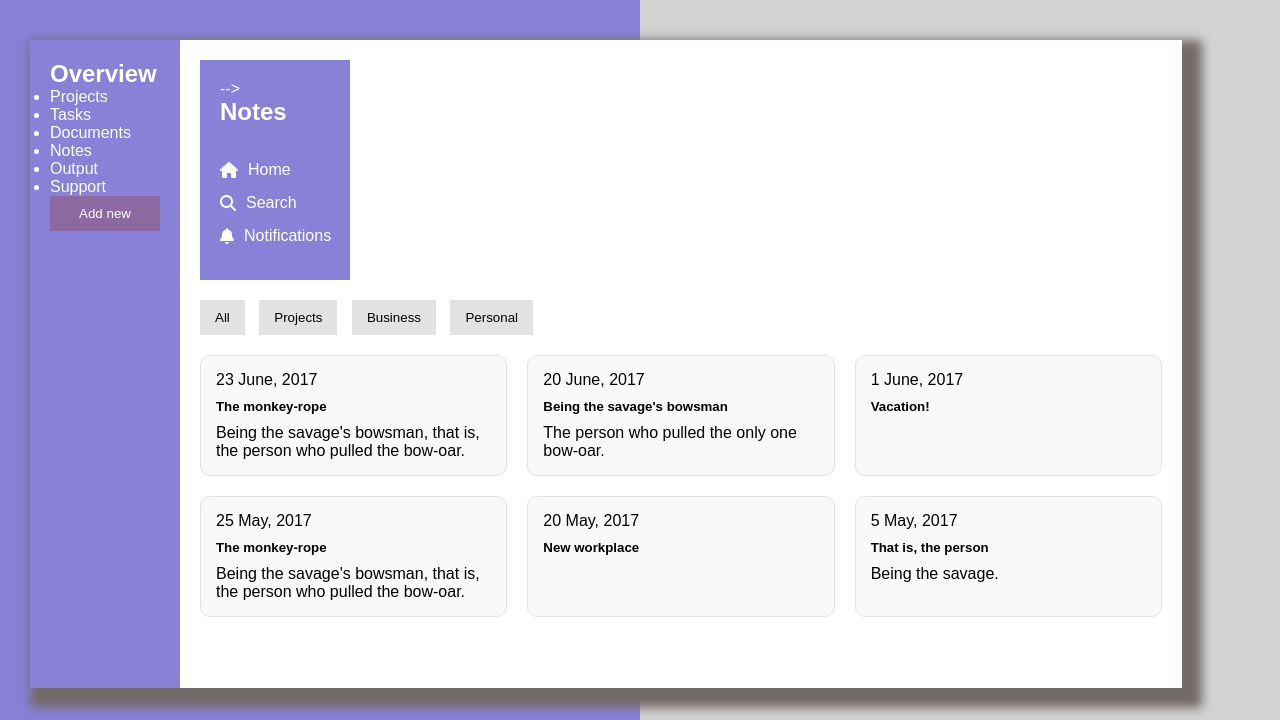
Repository: SatenikGabrielyan/HTML_CSS-_Assignment
Page: index.html
An editor plug-in stored every save of this project. The page is shown before and after a run of saves, followed by the edit.
The browser window is 1280 px wide. The pictures show the whole page.
Some web libraries are served in a nearby version.

Above is the page before, as saved 2025-03-17 20:06:29.

### index.html
<!DOCTYPE html>
<html lang="en">
  <head>
    <meta charset="UTF-8" />
    <meta name="viewport" content="width=device-width, initial-scale=1.0" />
    <title>Notes App</title>
    <link rel="stylesheet" href="./style.css" />
    <!-- Include Font Awesome for icons -->
    <!-- <link href="https://cdnjs.cloudflare.com/ajax/libs/font-awesome/6.0.0-beta3/css/all.min.css" rel="stylesheet"/> -->
    <script src="https://kit.fontawesome.com/858d305f19.js" crossorigin="anonymous"></script>
</head>
  <body>

      <div class="cont">
          <div class="purp"></div>
          <div class="whit"></div>
      </div>
    <div class="container">
<!--
      <nav class="sidebar">
        <div class="sidebar-header">
          <h2>Notes</h2>
        </div>
        <ul class="sidebar-list">
          <li><i class="fas fa-home"></i> Home</li>
          <li><i class="fas fa-search"></i> Search</li>
          <li><i class="fas fa-bell"></i> Notifications</li>
        </ul>
      </nav>

      <main class="main-content">
        <header>
          <div class="header-left">
            <p>Hello, Peter!</p>
          </div>
          <div class="header-right">
            <i class="fas fa-bell"></i>
            <button class="add-note-btn">
              <i class="fas fa-plus"></i> Add New Note
            </button>
          </div>
        </header>
        <section class="notes-grid">

          <div class="note-item image-note">
            <img src="https://via.placeholder.com/150" alt="Note Image" />
          </div>

          <div class="note-item text-note">
            <p>Sample text note content...</p>
          </div>

          <div class="note-item mixed-note">
            <img src="https://via.placeholder.com/150" alt="Note Image" />
            <p>Sample mixed note content...</p>
          </div>
        </section>
      </main> -->
      <aside class="sidebar">
        <header>
            <h2>Overview</h2>
        </header>
        <nav>
            <ul>
                <li>Projects</li>
                <li>Tasks</li>
                <li>Documents</li>
                <li>Notes</li>
                <li>Output</li>
                <li>Support</li>
            </ul>
        </nav>
        <button class="add-new">Add new</button>
    </aside>

    <main class="main-content">
        <!-- <div class="header">
            <input type="text" placeholder="Search"><i class="fas fa-search"></i>
            <h3>Hello, Peter!</h3>
        <!-- </div> -->
        <nav class="sidebar"> -->
            <div class="sidebar-header">
              <h2>Notes</h2>
            </div>
            <ul class="sidebar-list">
              <li><i class="fas fa-home"></i> Home</li>
              <li><i class="fas fa-search"></i> Search</li>
              <li><i class="fas fa-bell"></i> Notifications</li>
            </ul>
          </nav>
        <div class="tabs">
            <button>All</button>
            <button>Projects</button>
            <button>Business</button>
            <button>Personal</button>
        </div>
        <div class="notes-grid">
            <div class="note-card">
                <h4>23 June, 2017</h4>
                <h5>The monkey-rope</h5>
                <p>Being the savage's bowsman, that is, the person who pulled the bow-oar.</p>
            </div>
            <div class="note-card">
                <h4>20 June, 2017</h4>
                <h5>Being the savage's bowsman</h5>
                <p>The person who pulled the only one bow-oar.</p>
            </div>
            <div class="note-card">
                <h4>1 June, 2017</h4>
                <h5>Vacation!</h5>
            </div>
            <div class="note-card">
                <h4>25 May, 2017</h4>
                <h5>The monkey-rope</h5>
                <p>Being the savage's bowsman, that is, the person who pulled the bow-oar.</p>
            </div>
            <div class="note-card">
                <h4>20 May, 2017</h4>
                <h5>New workplace</h5>
            </div>
            <div class="note-card">
                <h4>5 May, 2017</h4>
                <h5>That is, the person</h5>
                <p>Being the savage.</p>
            </div>
        </div>
    </main>
    </div>

  </body>
</html>

### style.css
/* CSS Variables for Colors */
:root {
    --bg-color: #fbfbfb;
    --primary-color: #8981d8;
    --secondary-color: #d0d0d0;
    --text-color: #858499;
    --highlight-color: #7f77cc;
    --hover-color: rgba(137, 129, 216, 0.5);
  }


  * {
    margin: 0;
    padding: 0;
    box-sizing: border-box;
  }

  body {
    font-family: Arial, sans-serif;
    background-color: var(--bg-color);
    display: flex;
    height: 100vh;
  }
  .wrapper{
    position: relative;
  }
  .cont{
      display: flex;
      width: 100%;
      position: relative;
      z-index: -1;
      border-radius: 10px;
  }
.purp {
    width: 50%;
    background-color: var(--primary-color);
    flex-direction: row;
}
.whit {
    width: 50%;
    background-color: lightgray;
    flex-direction: row;
}
  .container {
    display: flex;
    width: 90%;
    height: 90%;

    box-shadow: 10px 10px 10px 10px rgb(116, 106, 106);
    margin-left: 30px;
    margin-right: 30px;
    margin-top: 40px;
    margin-bottom: 80px;
    background: center;
    position: absolute;
    z-index: 2;
  }

   .sidebar {
    width: 150px;
    background-color: var(--primary-color);
    color: #fff;
    display: flex;
    flex-direction: column;
    padding: 20px;
  }

  .sidebar-header h2 {
    margin-bottom: 20px;
  }

  .sidebar-list {
    list-style: none;
  }

  .sidebar-list li {
    margin: 15px 0;
    display: flex;
    align-items: center;
    cursor: pointer;
  }

  .sidebar-list li i {
    margin-right: 10px;
  }
   */
  .main-content {
    background-color: white;
    width: 200px;
    flex-grow: 1;
    padding: 20px;
    overflow-y: auto;
  }

  /* header {
    display: flex;
    justify-content: space-between;
    align-items: center;
    margin-bottom: 20px;
  }

  .header-left p {
    font-size: 1.2em;
    color: var(--text-color);
  }

  .header-right {
    display: flex;
    align-items: center;
  }

  .header-right i {
    margin-right: 20px;
    cursor: pointer;
  }

  .add-note-btn {
    background-color: var(--primary-color);
    color: #fff;
    border: none;
    padding: 10px 20px;
    cursor: pointer;
    display: flex;
    align-items: center;
  }

  .add-note-btn i {
    margin-right: 10px;
  }


  .notes-grid {
    display: grid;
    grid-template-columns: repeat(auto-fill, minmax(300px, 1fr));
    gap: 20px;
  }

  .note-item {
    background-color: #fff;
    border-radius: 8px;
    box-shadow: 0 2px 4px rgba(0, 0, 0, 0.1);
    overflow: hidden;
    display: flex;
    flex-direction: column;
    padding: 20px;
  }

  .note-item img {
    width: 100%;
    height: auto;
    border-radius: 8px;
    margin-bottom: 15px;
  }

  .note-item p {
    color: var(--text-color);
    font-size: 1em;
    line-height: 1.5;
  }


  .sidebar-list li:hover {
    background-color: var(--highlight-color);
    transition: background-color 0.3s ease;
  }


  @media (max-width: 768px) {
    .container {
      flex-direction: column;
    }

    .sidebar {
      width: 100%;
      flex-direction: row;
      justify-content: space-around;
      padding: 10px;
    }

    .sidebar-list {
      display: flex;
      flex-direction: row;
      gap: 15px;
    }

    .sidebar-list li {
      margin: 0;
    }

    .main-content {
      padding: 10px;
    }

    header {
      flex-direction: column;
      align-items: flex-start;
    }

    .header-right {
      margin-top: 10px;
    }

    .notes-grid {
      grid-template-columns: 1fr;
    }

    .note-item {
      padding: 10px;
    }

    .note-item img {
      margin-bottom: 10px;
    }
  } */
  /* .sidebar {
    background-color: #5e4b9a;
    color: white;
    width: 300px;
    padding: 20px;
} */

/* .sidebar header {
    font-size: 24px;
}

.sidebar nav ul {
    list-style: none;
    padding: 0;
}

.sidebar nav ul li {
    margin: 15px 0;
} */

.add-new {
    background-color: #8e68a0;
    color: white;
    border: none;
    padding: 10px;
    cursor: pointer;
}

.main-content {
    flex: 1;
    padding: 20px;
    background-color: white;
}

.header {
    display: flex;
    justify-content: space-between;
    align-items: center;
}

.header input {
    padding: 10px;
    width: 70%;
}

.header h3 {
    margin: 0;
}

.tabs {
    margin: 20px 0;
}

.tabs button {
    margin-right: 10px;
    padding: 10px 15px;
    border: none;
    background-color: #e2e2e2;
    cursor: pointer;
}

.notes-grid {
    display: grid;
    grid-template-columns: repeat(auto-fill, minmax(240px, 1fr));
    gap: 20px;
}

.note-card {
    border: 1px solid #e2e2e2;
    border-radius: 10px;
    padding: 15px;
    background-color: #f9f9f9;
}

.note-card h4 {
    margin: 0;
    font-weight: normal;
}

.note-card h5 {
    margin: 10px 0;
}

After the next 2 saves:
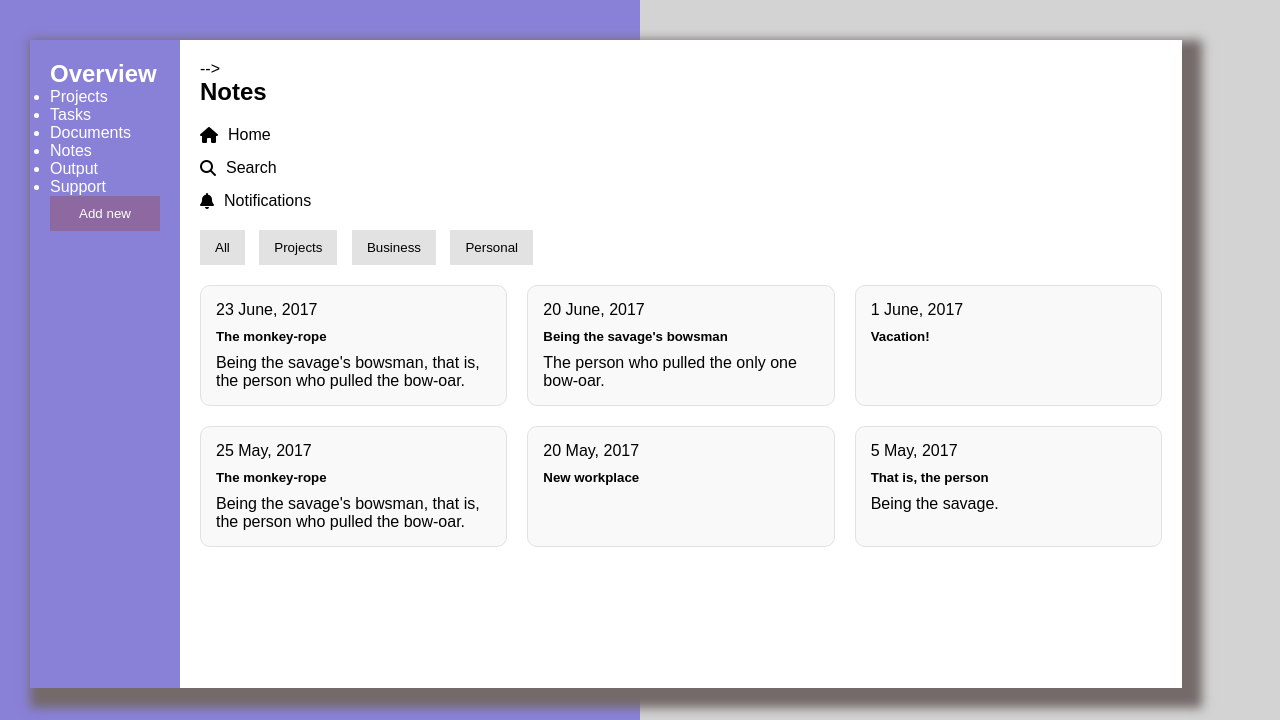
The 2 saves are shown as one change because they came seconds apart.
The last was saved 9 s later.
--- a/index.html
+++ b/index.html
@@ -78,7 +78,7 @@
             <input type="text" placeholder="Search"><i class="fas fa-search"></i>
             <h3>Hello, Peter!</h3>
         <!-- </div> -->
-        <nav class="sidebar"> -->
+        <!-- <nav class="sidebar"> --> -->
             <div class="sidebar-header">
               <h2>Notes</h2>
             </div>
@@ -87,7 +87,7 @@
               <li><i class="fas fa-search"></i> Search</li>
               <li><i class="fas fa-bell"></i> Notifications</li>
             </ul>
-          </nav>
+          <!-- </nav> -->
         <div class="tabs">
             <button>All</button>
             <button>Projects</button>
